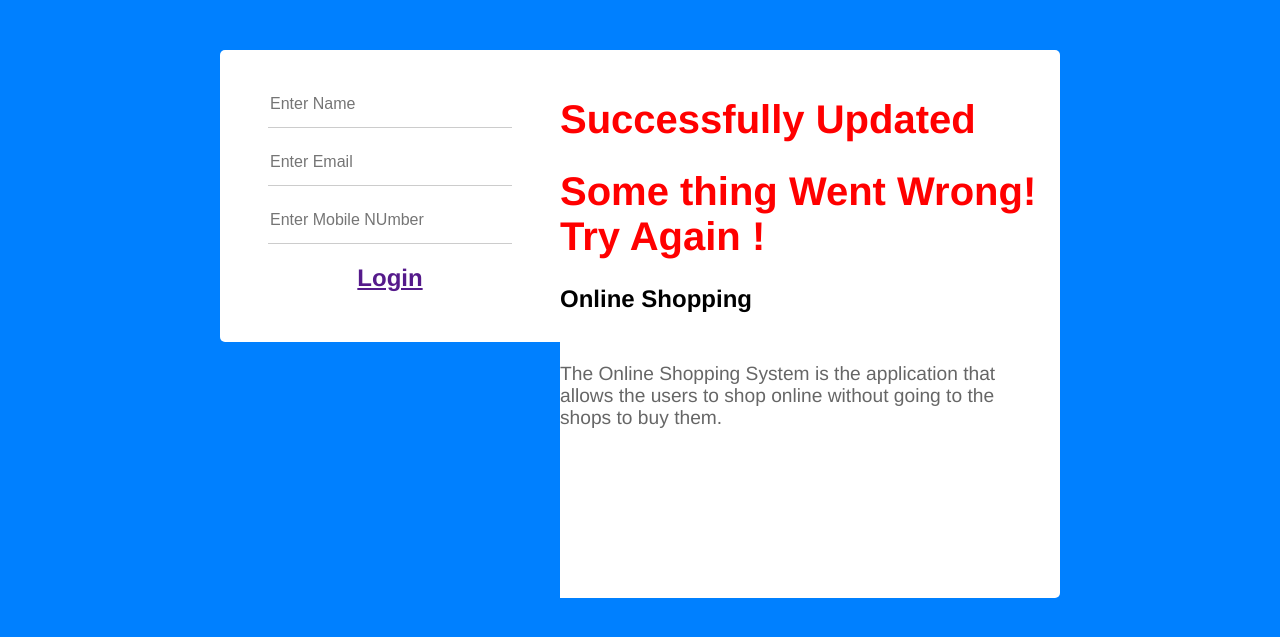
Repository: 0ritik0/Online_VCDS
Page: http://localhost/Online_VCDSystem/signup.jsp
The author's editor kept a copy of each file at every save. The page is drawn from the files as they stood at one save, then again after the next save.
The browser window is 1280 px wide. The pictures show the whole page.
The page is served by Tomcat 9.

Above is the page before, as saved 2022-04-12 07:28:32.

After the next save:
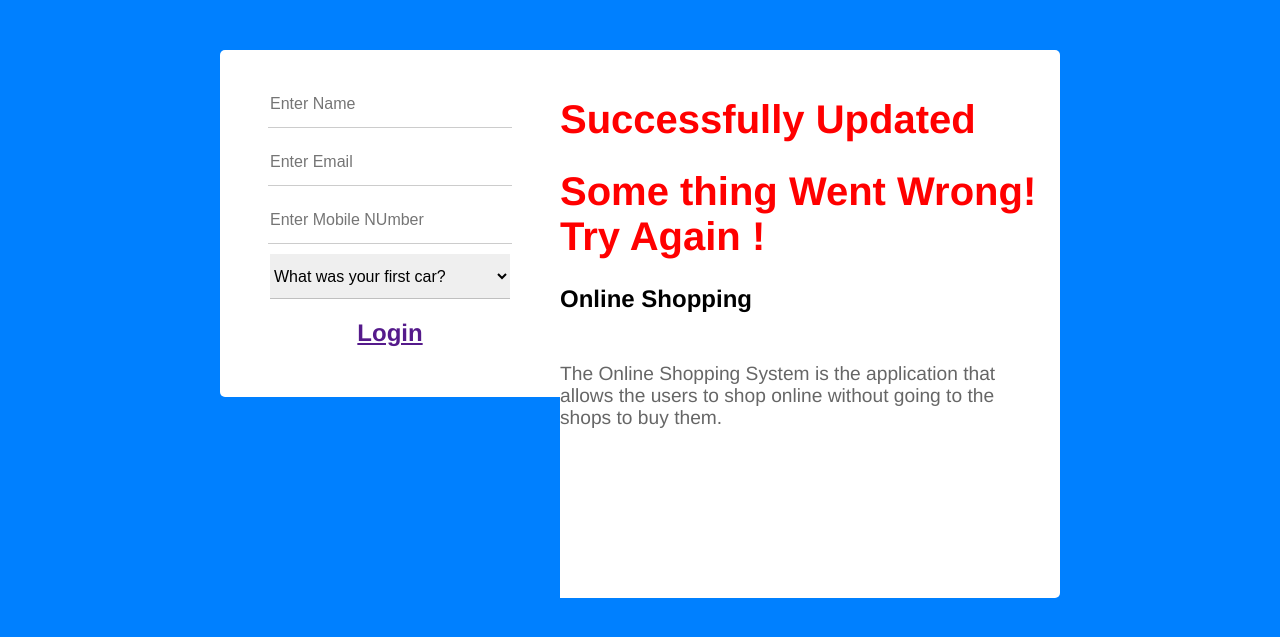
Saved 3 min 0 s later.
--- a/Online_VCDSystem/Online_VCDSystem/WebContent/signup.jsp
+++ b/Online_VCDSystem/Online_VCDSystem/WebContent/signup.jsp
@@ -11,7 +11,13 @@
     <input type="text" name="name" placeholder="Enter Name" required>
     <input type="email" name="email" placeholder="Enter Email" required>
     <input type="number" name="mobilenumber" placeholder="Enter Mobile NUmber" required>
+    <select name="securityQuestion" required>
+    <option value="">What was your first car?</option>
+    <option value="">What is the name of your first pet?</option>
+    <option value="">What elementary school did you attend?</option>
+    <option value="">What is the name of the town where you were born?</option>
 
+    </select>
 
 
     </form>
